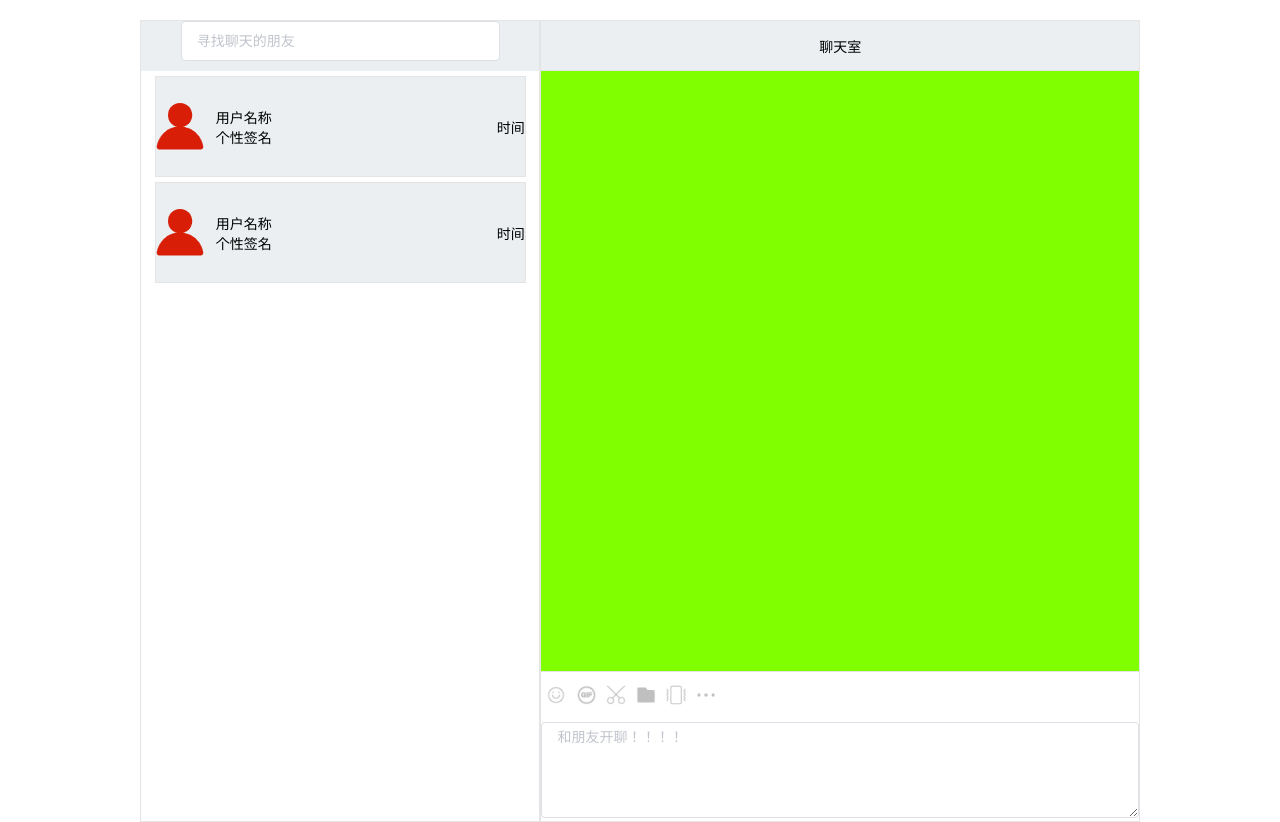
Repository: jinggegeZ/livechat
Page: /
The author's editor kept a copy of each file at every save. The page is drawn from the files as they stood at one save, then again after the next save.
The browser window is 1280 px wide. The pictures show the whole page.
The project was rebuilt for these pictures with package versions that can differ from the ones it lists, and the page was loaded fresh each time.

Above is the page before, as saved 2020-08-17 13:14:01.

After the next save:
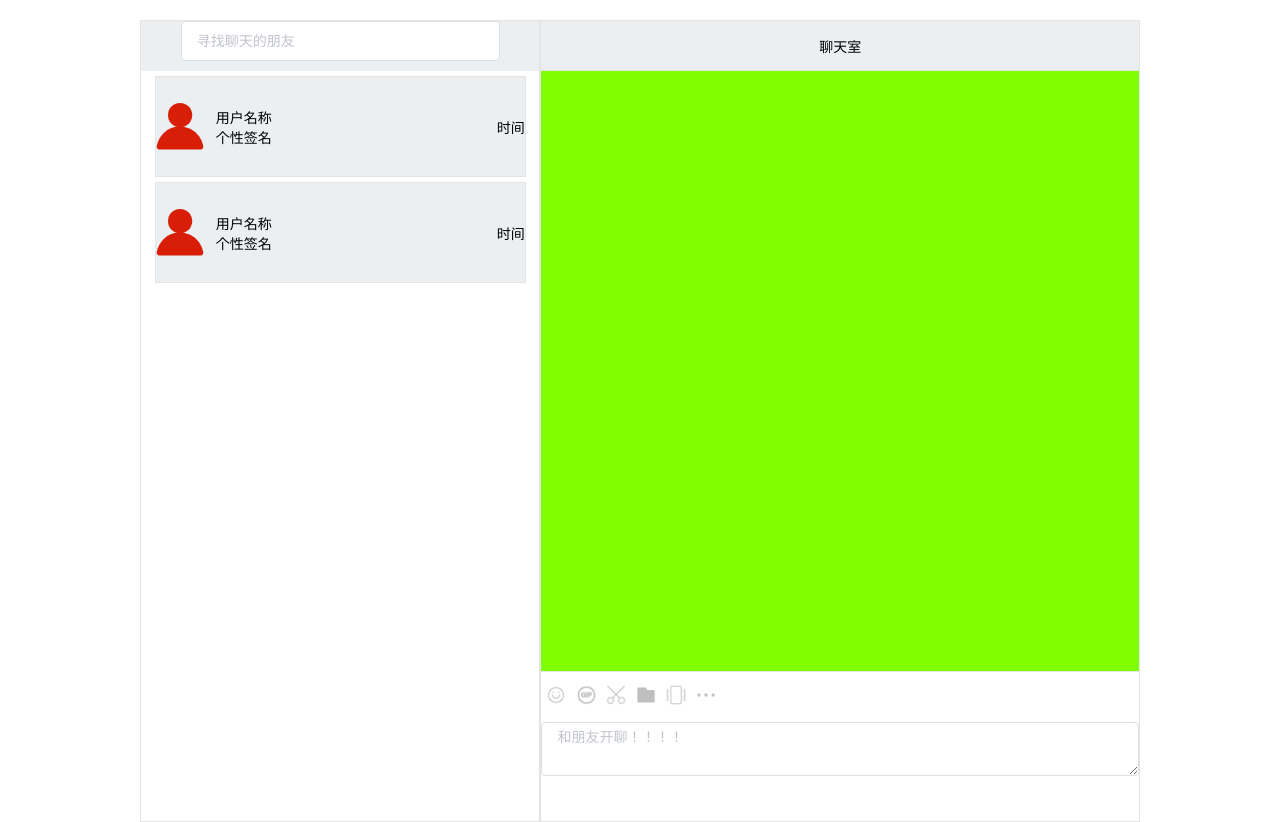
Saved 3 min 16 s later.
--- a/src/views/Home.vue
+++ b/src/views/Home.vue
@@ -76,7 +76,7 @@
                 type="textarea"
                 v-model="textarea"
                 placeholder="和朋友开聊！！！！"
-                :autosize="{ minRows: 4, maxRows: 8}"
+                :autosize="{ minRows: 2, maxRows: 4}"
               ></el-input>
             </div>
           </div>
